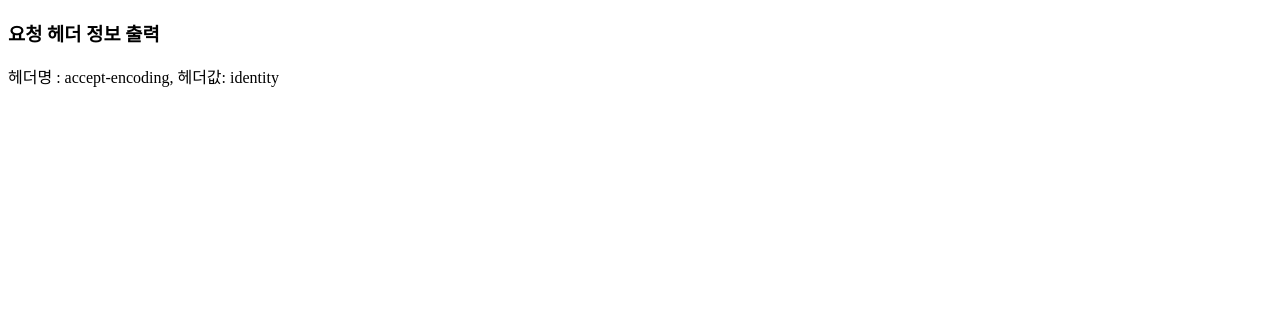
Repository: parkblacksheep/JSP-Servlet
Page: http://localhost/HelloJSP2_2/object/requestHeader.jsp
An editor plug-in stored every save of this project. The page is shown before and after the next save, followed by the edit.
The browser window is 1280 px wide. The pictures show the whole page.
The page is served by Tomcat 9.

Above is the page before, as saved 2024-07-25 03:02:53.

### HelloJSP2_2/src/main/webapp/object/requestHeader.jsp
<%@page import="java.util.Enumeration"%>
<%@ page language="java" contentType="text/html; charset=UTF-8"
    pageEncoding="UTF-8"%>
<!DOCTYPE html>
<html>
<head>
<meta charset="UTF-8">
<title>Insert title here</title>
</head>
<body>
	<h3>요청 헤더 정보 출력</h3>
	<%
		Enumeration headers = request.getHeaderNames();
		while(headers.hasMoreElements()) {
			String headerName = (String)headers.nextElement();
			String headerValue = request.getHeader(headerName);
			out.println("헤더명 : "+ headerName+", 헤더값: "+headerValue+"<br.");
		}
	%>
	<%
	/* 	Enumeration headers = request.getHeaderNames();
		while(headers.hasMoreElements()) {
			String headerName = (String)headers.nextElement();
			String headerValue = request.getHeader(headerName);
			out.print("헤더명 : " +headerName+ ", 헤더값 : " + headerValue + "<br/>");
		} */
	%>
</body>
</html>

After the next save:
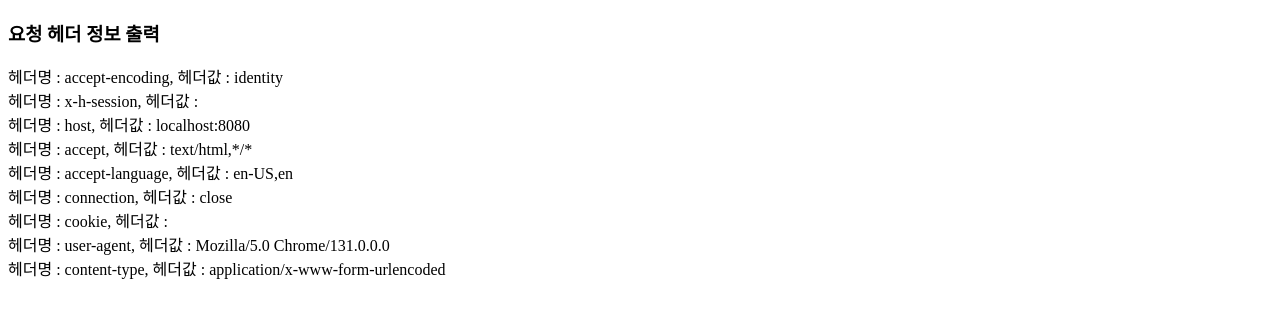
Saved 9 s later.
--- a/HelloJSP2_2/src/main/webapp/object/requestHeader.jsp
+++ b/HelloJSP2_2/src/main/webapp/object/requestHeader.jsp
@@ -14,7 +14,7 @@
 		while(headers.hasMoreElements()) {
 			String headerName = (String)headers.nextElement();
 			String headerValue = request.getHeader(headerName);
-			out.println("헤더명 : "+ headerName+", 헤더값: "+headerValue+"<br.");
+			out.print("헤더명 : " +headerName+ ", 헤더값 : " + headerValue + "<br/>");
 		}
 	%>
 	<%

After the save that followed:
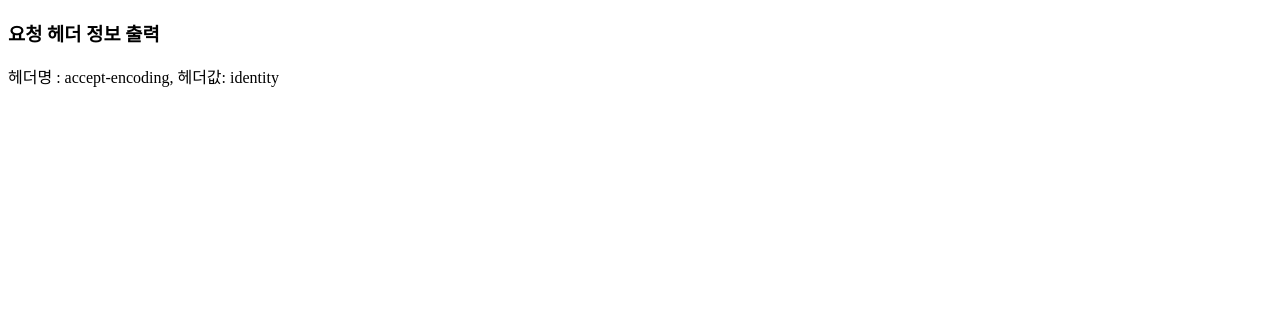
Saved 14 s later.
--- a/HelloJSP2_2/src/main/webapp/object/requestHeader.jsp
+++ b/HelloJSP2_2/src/main/webapp/object/requestHeader.jsp
@@ -14,7 +14,7 @@
 		while(headers.hasMoreElements()) {
 			String headerName = (String)headers.nextElement();
 			String headerValue = request.getHeader(headerName);
-			out.print("헤더명 : " +headerName+ ", 헤더값 : " + headerValue + "<br/>");
+			out.print("헤더명 : "+ headerName+", 헤더값: "+headerValue+"<br.");
 		}
 	%>
 	<%
